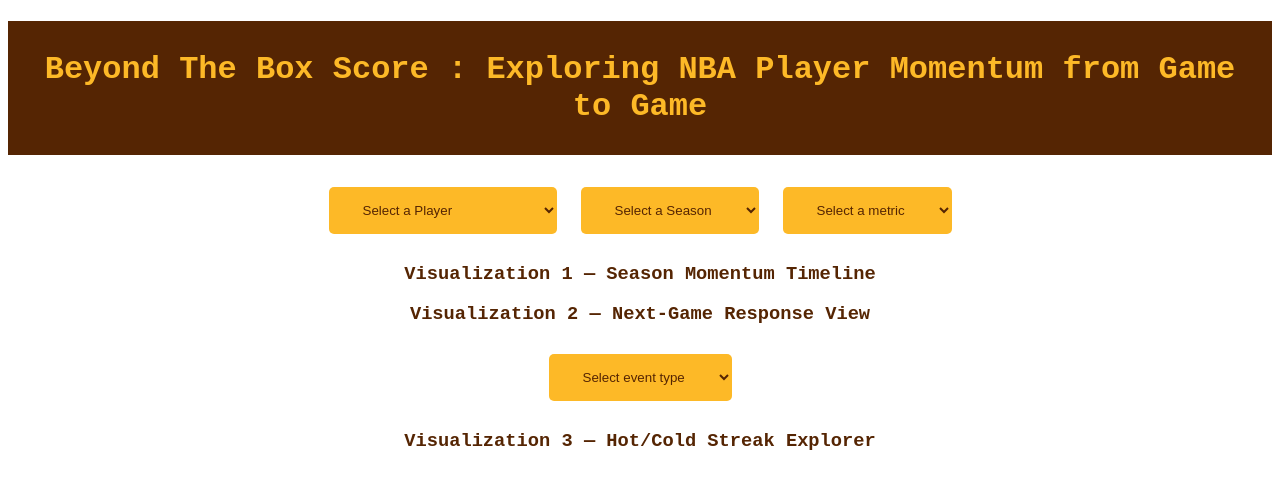
Repository: houdafatih/Data-Viz-Project
Page: index.html
The author's editor kept a copy of each file at every save. The page is drawn from the files as they stood at one save, then again after the next save.
The browser window is 1280 px wide. The pictures show the whole page.

Above is the page before, as saved 2026-06-16 14:27:33.

### index.html
<!DOCTYPE html>
<html>
   <head>
    <meta charset="UTF-8"/>
    <title>Beyond The Box Score</title>
    <link rel="stylesheet" href="style.css" >
  </head>
  <body>
     <h1>Beyond The Box Score : Exploring NBA Player Momentum from Game to Game</h1>

     <div class="selection">
        <select id="playerSelect">
            <option selected disabled>Select a Player</option>
        </select>

        <select id="seasonSelect">
            <option selected disabled>Select a Season</option>
        </select>

        <select id="metricSelect">
            <option selected disabled>Select a metric</option>
            <option value="pts">Points</option>
            <option value="fga">FGA</option>
            <option value="min">Minutes</option>
            <option value="fg_pct">FG%</option>
            <option value="plus_minus">Plus/Minus</option>
        </select>
     </div>

     <h3>Visualization 1 — Season Momentum Timeline</h3>
     <div id="vizual1"></div>

     <h3>Visualization 2 — Next-Game Response View</h3>
     <div class="selection">
        <select id="performanceSelect">
            <option selected disabled>Select event type</option>
            <option value="all">All</option>
            <option value="hot">Hot</option>
            <option value="cold">Cold</option>
            <option value="normal">Normal</option>
        </select>
     </div>
     <div id="vizual2"></div>

     <h3>Visualization 3 — Hot/Cold Streak Explorer</h3>
     <!---<div id="vizual3"></div>

     <h3>Visualization 4 — Context Impact View</h3>
     <div id="vizual4"></div> ---->

  </body>
  <script src="https://d3js.org/d3.v7.min.js"></script>
  <script type="module" src="index.js"></script>
</html>

### style.css
body{
    padding: 0px;
}
h1{
  text-align: center;
  font-size: 2rem;
  font-family: "Courier New", Courier, monospace;
  color : #fdb927;
  background-color: #552503;
  padding: 30px;

}
.selection{
    text-align: center;
}
select{
    margin: 10px;
    padding: 15px 30px;
    border-radius: 5px;
    border: none;
    background: #fdb927;
    color:#552503;

}
select option:hover{
    background-color: #fdb927;
}



h3{
    color: #552503;
    font-family: "Courier New", Courier, monospace;
    text-align: center;
}
.tick{
    font-size: 5px;
}
line{
    stroke-width: 0.5px;
}
.label{
    color: #552503;
    font-family: "Courier New", Courier, monospace;
    font-weight: bold;
}

.tooltip{
    position: fixed;
    background: wheat;
    border: 1px solid #ccc;
    padding: 10px;
    font-size: 15px;
    opacity: 0;
    pointer-events: none;

}
text{
    font-family: "Courier New", Courier, monospace;
}
.tooltip2{
    position: fixed;
    background: #fdb927;
    border: 1px solid #ccc;
    padding: 10px;
    font-size: 15px;
    visibility: hidden;
    pointer-events: none;
}
.line2{
    stroke-width: 1px;
}

### index.js
import {playersData,seasonData} from "./scripts/utils.js";
import { drawVisualization1 } from "./scripts/visualization1.js";
import { drawVisualization2 } from "./scripts/visualization2.js";

d3.csv("data/nba.csv",d3.autoType).then(function(data){

   playersData(data)
   seasonData(data)

   const nba_data = data

   d3.select("#playerSelect").on("change",() => updateVisualizations(nba_data))
   d3.select("#seasonSelect").on("change",() => updateVisualizations(nba_data))
   d3.select("#metricSelect").on("change",() => updateVisualizations(nba_data))
   d3.select("#performanceSelect").on("change",() => updateVisualizations(nba_data))

})

function updateVisualizations(nba_data){
    const player = d3.select("#playerSelect").property("value")
    const season = d3.select("#seasonSelect").property("value")
    const metric = d3.select("#metricSelect").property("value")
    const eventT = d3.select("#performanceSelect").property("value")

    if(player === "Select a Player" || season === "Select a Season" || metric === "Select a metric"){
        return
    }

    let data_filter = nba_data.filter(d => d.player_name === player && d.season_year == season)
    drawVisualization1(data_filter,"#vizual1",metric)

    if(eventT === "Select event type"){
        return
    }
    drawVisualization2(data_filter,"#vizual2",metric,eventT)

}

### scripts/utils.js
export function playersData(data){
    const players_list = [...new Set(data.map(dt => dt.player_name))]

    d3.select("#playerSelect").selectAll(".players-options").data(players_list)
    .enter().append("option").attr("class","players-options").attr("value",dt=>dt).text(dt => dt)
}

export function seasonData(data){
    const seasons_list = [...new Set(data.map(dt => dt.season_year))]
    console.log(seasons_list)
    d3.select("#seasonSelect").selectAll(".seasons-options").data(seasons_list)
    .enter().append("option").attr("class","seasons-options").attr("value",dt=>dt).text(dt => dt)
}

### scripts/visualization1.js
export function drawVisualization1(data,id,metric){
     if(data.length === 0) {
        clearCanvas(id)
        return
    }
     const canvas = createCanvas()

     clearCanvas(id)

     const svg = addSvg(id,canvas)
     const sc = addScales(data,canvas,metric)

     addAxes(svg,sc,canvas)
     addMetricLine(svg,sc,data,metric)
     addAverageLine(svg,sc,data,metric)
     addBaselineLine(svg,sc,data,metric)
     addPoints(svg,sc,data,metric)
     addLabels(svg,canvas,metric)

     addLegends(svg,canvas)
}

function createCanvas(){
    return{
        width : 600, height: 200, margin:{top: 20,right:100, bottom:60, left:50}
    }
}

function clearCanvas(id){
    d3.select(id).html("")
}

function addSvg(id,canvas){
    return d3.select(id).append("svg").attr("viewBox",`0 0 ${canvas.width} ${canvas.height}`)
}

function addScales(data,canvas,metric){
    const xScale =
    d3.scaleLinear().domain(d3.extent(data,dt => dt.game_index))
    .range([canvas.margin.left,canvas.width - canvas.margin.right])

    const yScale =
      d3.scaleLinear().domain([d3.min(data,d => d[metric]),d3.max(data,d => d[metric])])
      .nice().range([canvas.height - canvas.margin.bottom,canvas.margin.top])

    return {xScale,yScale}
}

function addAxes(svg, scales, canvas){
    svg.append("g").attr("transform",`translate(0, ${canvas.height - canvas.margin.bottom})`)
    .call(d3.axisBottom(scales.xScale))

    svg.append("g").attr("transform",`translate(${canvas.margin.left},0)`)
    .call(d3.axisLeft(scales.yScale))
}

function addMetricLine(svg,scales,data,metric){
    let line = d3.line().x(d => scales.xScale(d.game_index)).y(d => scales.yScale(d[metric]))

    svg.append("path").datum(data).attr("fill","none").attr("stroke","#222")
     .attr("stroke-width",0.8).attr("d",line)
}

function addAverageLine(svg,scales,data,metric){
    if(metric != "pts") return
    let avg_line = d3.line().x(d => scales.xScale(d.game_index)).y(d => scales.yScale(d.rolling_pts_avg_3))

    svg.append("path").datum(data).attr("fill","none").attr("stroke","#fdb927")
     .attr("stroke-width",0.5).attr("d",avg_line)
}

function addBaselineLine(svg,scales,data,metric){

    let base_line = d3.mean(data,d => d[metric])


    svg.append("line")
    .attr("x1",scales.xScale(d3.min(data,dt => dt.game_index))).attr("x2",scales.xScale(d3.max(data,dt => dt.game_index)))
    .attr("y1",scales.yScale(base_line)).attr("y2",scales.yScale(base_line))
    .attr("stroke","#777").attr("stroke-dasharray","6 4")
}

function addPoints(svg,scales,data,metric){
    const tooltip = toolTip()

    svg.selectAll("circle").data(data).enter()
     .append("circle").attr("class","game-pt")
     .attr("cx", d => scales.xScale(d.game_index))
     .attr("cy",d => scales.yScale(d[metric]))
     .attr("r",2).attr("fill",d => colorPoint(d.performance_label))
     .on("mouseover",function(event,d){
        d3.select(this).attr("r",3)
        tooltip.style("opacity",1).html(tooltipInformations(d))
     })
     .on("mousemove",function(event){
        tooltip.style("left",event.clientX+15+"px")
          .style("top",event.clientY-20+"px")
     })
     .on("mouseout",function(){
        d3.select(this)
        .attr("r",2)
        tooltip.style("opacity",0)
     })
     //.on("click",function(event,d){
       // highlightGameandNextGame(svg,data,d)
    // })



}

function colorPoint(perf){
    if(perf === "hot") return "#d94801"
    if(perf === "cold") return "#3182bd"
    return "#999"
}

function addLabels(svg,canvas,metric){
    svg.append("text").attr("class","label")
    .attr("x",canvas.width - 100).attr("y",canvas.height-40)
    .attr("text-anchor","middle").attr("font-size","5px")
    .text("Game Order")

    svg.append("text").attr("class","label")
    .attr("x",40).attr("y",10)
    .attr("text-anchor","middle").attr("font-size","5px")
    .text(metricName(metric))
}

function metricName(metric){
    if(metric === "pts") return "Points"
    if(metric === "fga") return "Field Goal Attempts"
    if(metric === "min") return "Minutes"
    if(metric === "fg_pct") return "Field Goal Percentage"
    if(metric === "plus_minus") return "Plus / Minus"
}

function addLegends(svg,canvas){
    const lg = svg.append("g").attr("transform",
        `translate(${canvas.width - canvas.margin.right+20},${canvas.margin.top-10})`)


    lg.append("circle").attr("cx",0).attr("cy",0).attr("r",2).attr("fill","#d94801")
    lg.append("text").attr("x",5).attr("y",2).text("Hot game").attr("font-size","5px")

    lg.append("circle").attr("cx",0).attr("cy",10).attr("r",2).attr("fill","#999")
    lg.append("text").attr("x",5).attr("y",12).text("Normal game").attr("font-size","5px")

    lg.append("circle").attr("cx",0).attr("cy",20).attr("r",2).attr("fill","#3182bd")
    lg.append("text").attr("x",5).attr("y",22).text("Cold game").attr("font-size","5px")


    lg.append("line").attr("x1",0).attr("x2",20).attr("y1",30).attr("y2",30)
    .attr("stroke","black").attr("stroke-width",2)
    lg.append("text").attr("x",21).attr("y",30).text(" = Metric").attr("font-size","5px")

    lg.append("line").attr("x1",0).attr("x2",20).attr("y1",40).attr("y2",40)
    .attr("stroke","black").attr("stroke-dasharray","6 4")
    lg.append("text").attr("x",21).attr("y",40).text(" = Baseline").attr("font-size","5px")

    lg.append("line").attr("x1",0).attr("x2",20).attr("y1",50).attr("y2",50)
    .attr("stroke-width",2).attr("stroke","#fdb927")
    lg.append("text").attr("x",21).attr("y",50).text(" = Rolling Average").attr("font-size","5px")
}

function toolTip(){
    let tooltip = d3.select("body").select(".tooltip")
    if(tooltip.empty()){
        tooltip = d3.select("body").append("div").attr("class","tooltip")
    }

    return tooltip
}

function tooltipInformations(data){
    return `<strong> Game ${data.game_index} </strong><br>
            Date : ${data.game_date}<br>
            Home/Away : ${data.home_away}<br>
            Points : ${data.pts}<br>
            Minutes : ${data.min}<br>
            FGA : ${data.fga}<br>
            Next Game Points : ${data.next_pts}<br>`
}

function highlightGameandNextGame(svg,data,selected){
    const nextG = data.find(d => d.game_index === selected.game_index + 1)

    svg.selectAll(".game-point").attr("r",8).attr("stroke","none").attr("opacity",0.4)

    svg.selectAll(".game-point").filter(d => d.game_index === selected.game_index)
    .attr("stroke","black").attr("stroke-width",3).attr("r",5).attr("opacity",1)

    if(nextG){
        svg.selectAll(".game-point").filter(d => d.game_index === nextG.game_index)
       .attr("stroke","#3182bd").attr("stroke-width",3).attr("r",8).attr("opacity",1)
    }
}

### scripts/visualization2.js
export function drawVisualization2(data,id,metric,eventT){
    if(data.length === 0) {
        clearCanvas(id)
        return
    }


     let new_data = createData(data,metric)

     if(eventT !== "all"){
        new_data = new_data.filter(d => performance_filter(d.current_g,data,metric) === eventT)
     }

     const canvas = createCanvas(new_data)

     clearCanvas(id)

     const svg = addSvg(id,canvas)

     draw_Header(svg,200,400)
     draw_Rows(svg,new_data,200,400,canvas.margin,15)
     addSummaryCard(svg,new_data,eventT,canvas)

}
function createCanvas(new_data){
    return{
        width : 600, height: 100 + new_data.length *20 , margin:{top: 20,right:100, bottom:60, left:50}
    }
}

function clearCanvas(id){
    d3.select(id).html("")
}

function addSvg(id,canvas){
    return d3.select(id).append("svg").attr("viewBox",`0 0 ${canvas.width} ${canvas.height}`)
}

function createData(data,metric){
   const new_data = data.slice().sort((a,b) => a.game_index - b.game_index)

   return new_data.slice(0,-1).map((d,j) => {
      const nextG = new_data[j+1]

      return {
        eventN: String.fromCharCode(65+j),
        game_idx : d.game_index,
        nextg_index : nextG.game_index,
        current_v: d[metric],
        next_v : nextG[metric],
        difference : nextG[metric] - d[metric],
        current_g : d,
        next_g : nextG
      }
   })
}

function draw_Header(svg,left,right){
    svg.append("text").attr("x",left).attr("y",30)
    .attr("text-anchor","middle").attr("font-weight","bold").attr("font-size","8px").text("Game n")

    svg.append("text").attr("x",right).attr("y",30)
    .attr("text-anchor","middle").attr("font-weight","bold").attr("font-size","8px").text("Game n+1")

}

function draw_Rows(svg,new_data,left,right,margin,r_height){
    const tooltip = toolTip2(new_data)

    const rows = svg.selectAll(".response-row").data(new_data).enter()
     .append("g").attr("class","response-row")
     .attr("transform",(d,j) => `translate(0,${margin.top+j*r_height})`)

    rows.append("text").attr("x",100).attr("y",35).text(d =>`Event ${d.eventN}` )
     .attr("font-size","7px").attr("font-weight","bold")
    rows.append("text").attr("x",left).attr("y",35).attr("text-anchor","end").text(d => d.current_v).attr("font-size","6px")

    const line_scale = d3.scaleLinear().domain([0,d3.max(new_data, d => Math.abs(d.difference))]).range([20,180])

    rows.append("line").attr("x1",left+10).attr("class","line2")
    .attr("x2",d => { const l= line_scale(Math.abs(d.difference))
        return left+l

    })
    .attr("y1",35).attr("y2",35).attr("stroke","black").attr("stroke-dasharray","5 3")
    .on("mouseover",function(event,d){
        tooltip.style("visibility","visible").html(tooltipInformations2(d))
     })
     .on("mousemove",function(event){
        tooltip.style("left",event.clientX+15+"px")
          .style("top",event.clientY-20+"px")
     })
     .on("mouseout",function(){
        tooltip.style("visibility","hidden")
     })

    rows.append("circle").attr("cx",left+10).attr("cy",35).attr("r",2).attr("fill","#fdb927")
    rows.append("circle").attr("cx",d => { const l= line_scale(Math.abs(d.difference))
        return left+l

    }).attr("cy",35).attr("r",2).attr("fill","#fdb927")

    rows.append("text").attr("x",right).attr("y",35).text(d => d.next_v).attr("font-size","6px")

    rows.append("text").attr("x",right+50).attr("y",35).text(d => difference_label(d.difference))
    .attr("font-size","6px").attr("fill","#552503").attr("font-weight","bold")

}

function difference_label(diff){
    if(diff > 1) return "increase"
    if(diff < -1) return "decrease"
    if(diff < 0) return "slightly decrease"
    if(diff > 0) return "slightly increase"
    return "stable"
}

function performance_filter(d,data,metric){
   const bLine = d3.mean(data,dt => dt[metric])
   const th = Math.abs(bLine) * 0.2
   const dv = d[metric] - bLine

   if(dv > th) return "hot"
   if(dv < -th) return "cold"
   return "normal"
}

function addSummaryCard(svg,new_data,eventT,canvas){

    svg.append("text").attr("x",50).attr("y",canvas.height-50)
    .attr("font-weight","bold").text(`Average change after ${eventT} games:`).attr("font-size","7px")

    const metrics_change = new_data.map(d => {
        const pts = d.current_g["next_pts"] - d.current_g["pts"]
        const fga = d.current_g["next_fga"] - d.current_g["fga"]
        const min = d.current_g["next_min"] - d.current_g["min"]
        const fg_pct = d.current_g["next_fg_pct"] - d.current_g["fg_pct"]

        return {"pts":pts,"fga":fga,"min":min,"fg_pct":fg_pct}
    })

    const means = [
        {"avg":d3.mean(metrics_change,d => d.pts),"name":"PTS"},
        {"avg":d3.mean(metrics_change,d => d.fga),"name":"FGA"},
        {"avg":d3.mean(metrics_change,d => d.min),"name":"MIN"},
        {"avg":d3.mean(metrics_change,d => d.fg_pct),"name":"FG%"}
    ]

    means.forEach((element,i) => {
        let position = canvas.margin.left+i*50
        svg.append("text").attr("x",position).attr("y",canvas.height-30)
        .attr("font-size","6px").attr("font-weight","bold")
        .text(`${element.name} : `)
        svg.append("text").attr("x",position+20).attr("y",canvas.height-30)
        .attr("font-size","6px")
        .text(`${element.avg.toFixed(2)}`)

    });

}

function toolTip2(){
    let tooltip = d3.select("body").select(".tooltip2")
    if(tooltip.empty()){
        tooltip = d3.select("body").append("div").attr("class","tooltip2")
    }

    return tooltip
}

function tooltipInformations2(data){
    console.log(data)
    return `<strong> Game n - Date: ${data.current_g["game_date"]} </strong><br>
            <strong> Game n - Opponent: ${data.current_g["opponent"]} </strong><br>
            <strong> Game n - Points: ${data.current_g["pts"]} </strong><br>
            <strong> Game n+1 - Date: ${data.next_g["game_date"]} </strong><br>
            <strong> Game n+1 - Opponent: ${data.next_g["opponent"]} </strong><br>
            <strong> Game n+1 - Points: ${data.next_g["pts"]} </strong><br>
    `
}

After the next save:
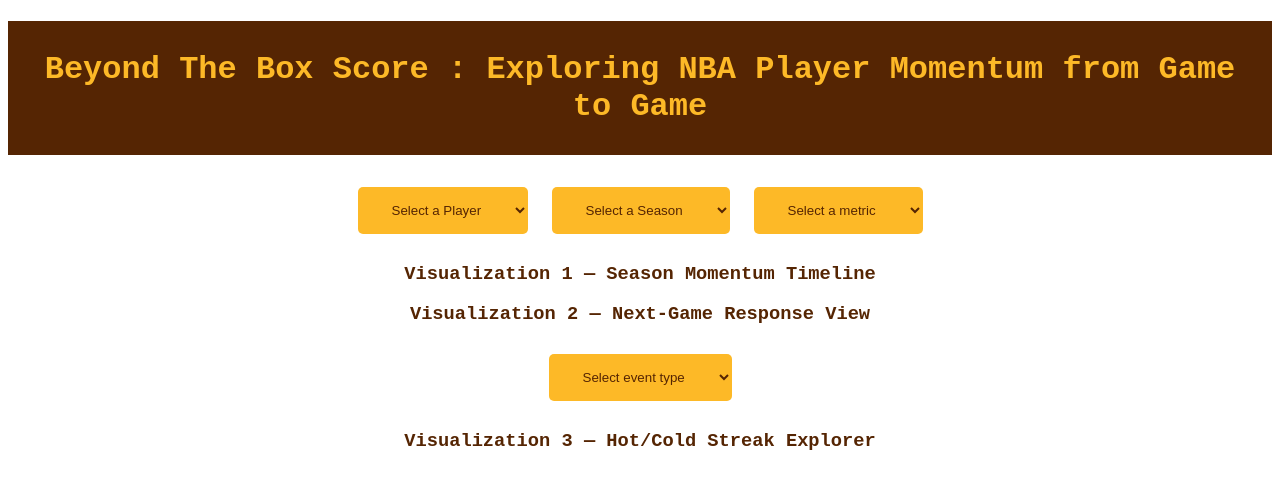
Console error: TypeError: t[n].trim is not a function
Saved 10 min 17 s later.
--- a/index.js
+++ b/index.js
@@ -2,7 +2,13 @@
 import { drawVisualization1 } from "./scripts/visualization1.js";
 import { drawVisualization2 } from "./scripts/visualization2.js";
 
-d3.csv("data/nba.csv",d3.autoType).then(function(data){
+d3.csv("data/nba.csv").then(function(dt){
+
+   const r = d3.autoType(dt)
+
+   r.season_year = dt.season_year
+   return r
+  }).then(function(data){
 
    playersData(data)
    seasonData(data)

After the 2 saves that followed:
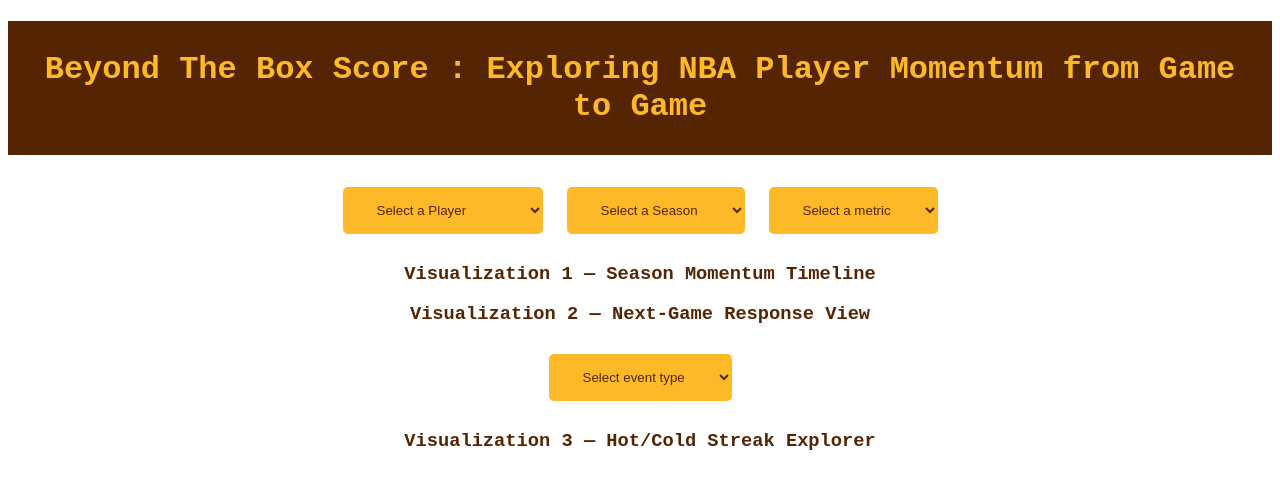
The error is gone.
The 2 saves are shown as one change because 1 left the picture as it was.
The last was saved 4 min 27 s later.
--- a/index.js
+++ b/index.js
@@ -2,13 +2,11 @@
 import { drawVisualization1 } from "./scripts/visualization1.js";
 import { drawVisualization2 } from "./scripts/visualization2.js";
 
-d3.csv("data/nba.csv").then(function(dt){
+d3.csv("data/nba.csv",d3.autoType).then(function(data){
 
-   const r = d3.autoType(dt)
-
-   r.season_year = dt.season_year
-   return r
-  }).then(function(data){
+    data.forEach(element => {
+        element.season_year = element.season_year.toString()
+    });
 
    playersData(data)
    seasonData(data)
